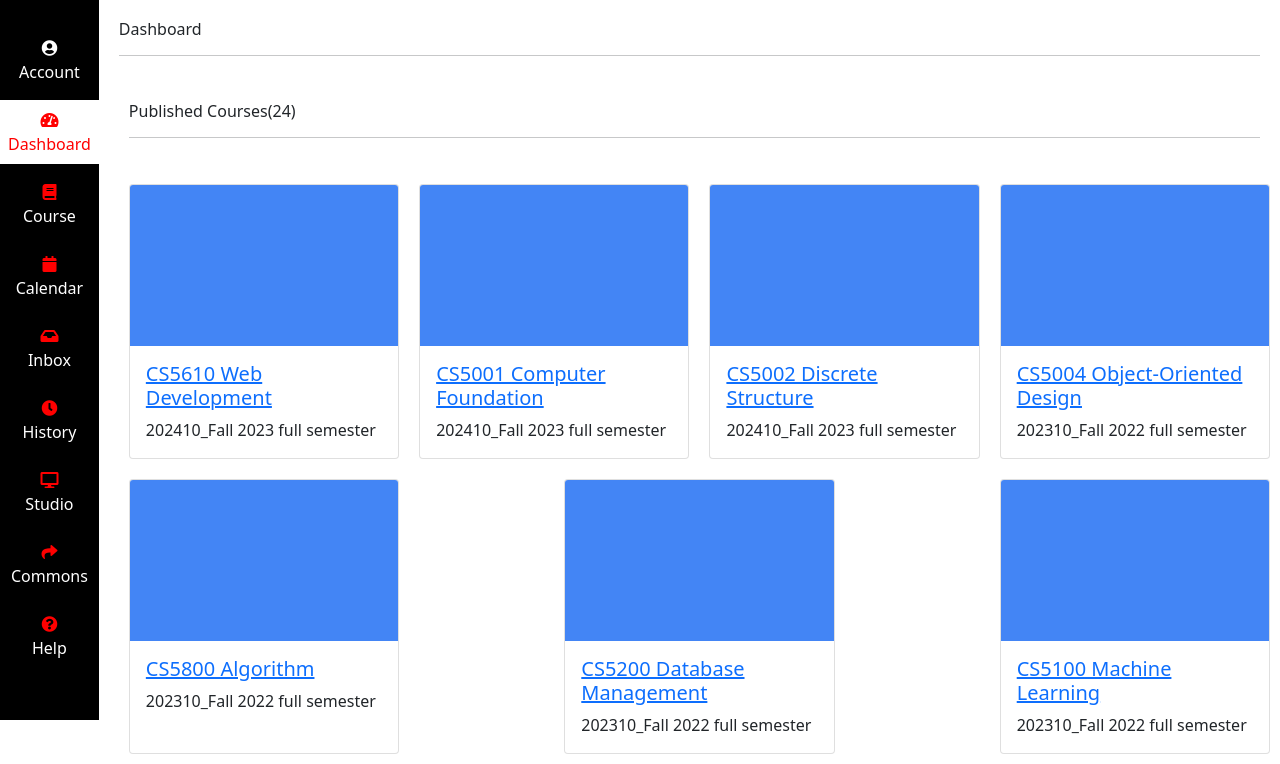
Repository: yuqiant/kanbas-react-web-app
Page: public/kanbas/dashboard/index.html
The author's editor kept a copy of each file at every save. The page is drawn from the files as they stood at one save, then again after the next save.
The browser window is 1280 px wide. The pictures show the whole page.

Above is the page before, as saved 2023-10-04 22:37:29.

After the next save:
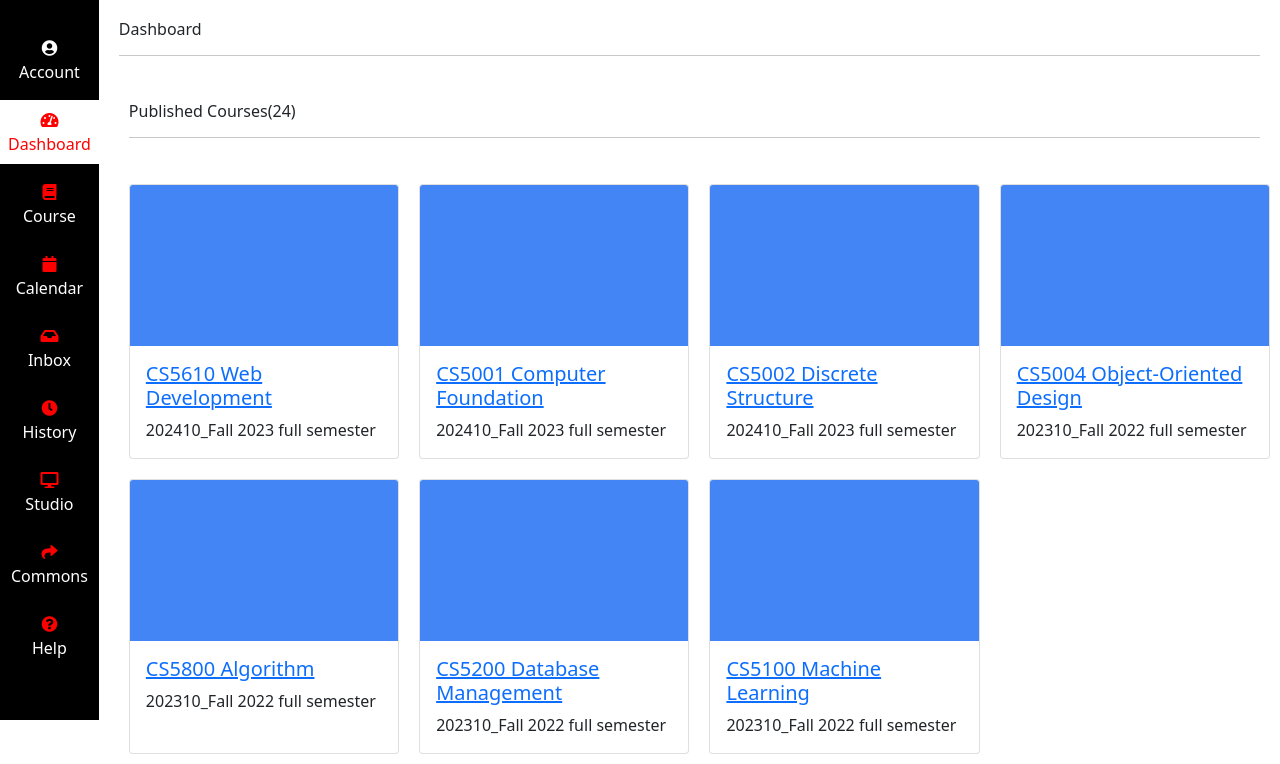
Saved 69 s later.
--- a/public/kanbas/dashboard/index.css
+++ b/public/kanbas/dashboard/index.css
@@ -103,7 +103,7 @@
 .d-flex.flex-row.flex-wrap {
     display: flex;
     flex-wrap: wrap;
-    justify-content: space-between;
+    justify-content: flex-start;
 
 }
 
